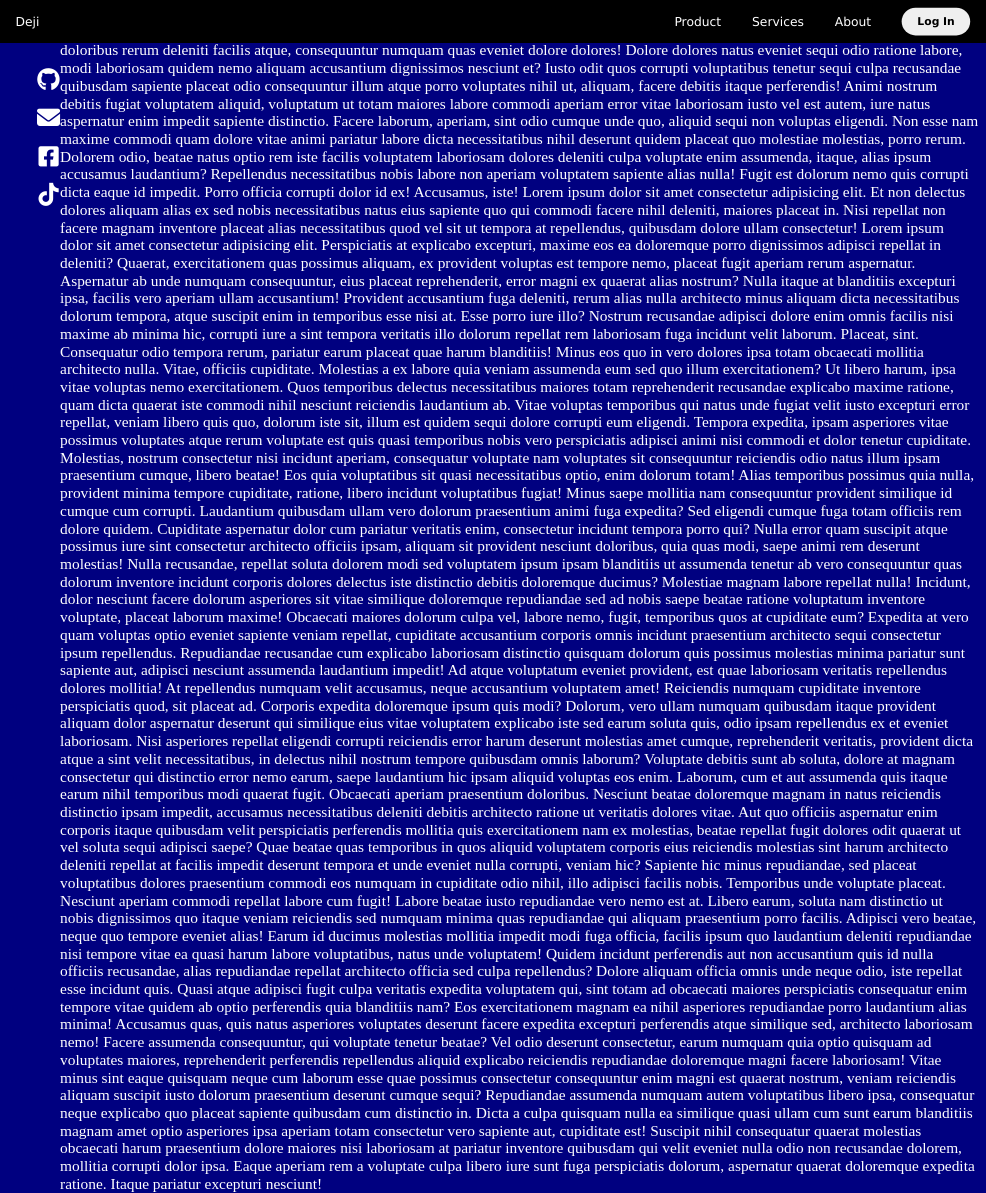
Repository: imokha01/Flexbox-and-Position-Example
Page: index.html
An editor plug-in stored every save of this project. The page is shown before and after a run of saves, followed by the edit.
The browser window is 1280 px wide. The pictures show the whole page, at 77% of full size.

Above is the page before, as saved 2023-11-21 17:23:20.

After the next 2 saves:
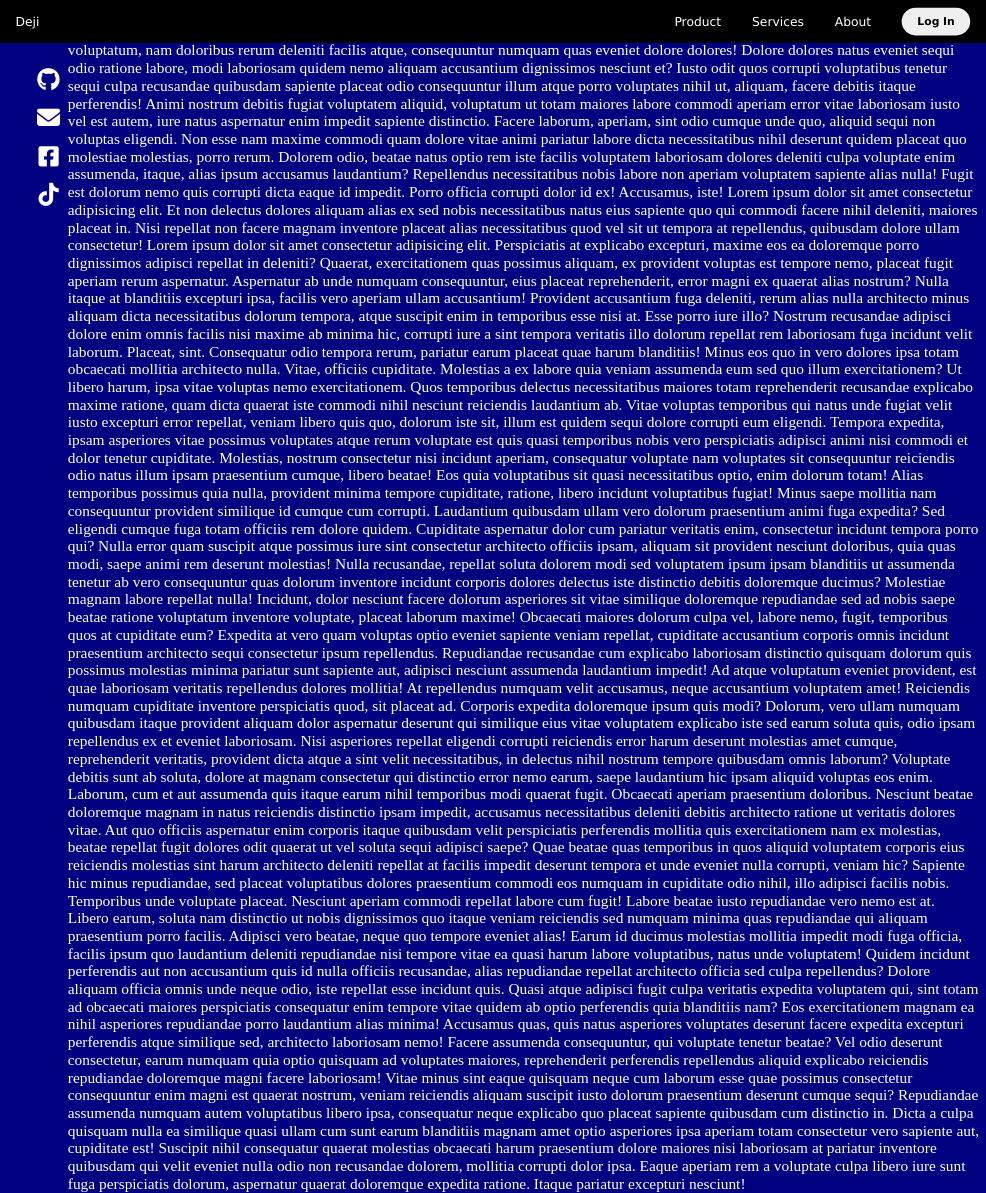
The 2 saves are shown as one change because they came seconds apart.
The last was saved 18 s later.
--- a/index.css
+++ b/index.css
@@ -82,6 +82,6 @@
 .para {
     font-size: 20px;
     color: white;
-    margin-left: 70px;
+    margin-left: 80px;
     display: flex;
 }
